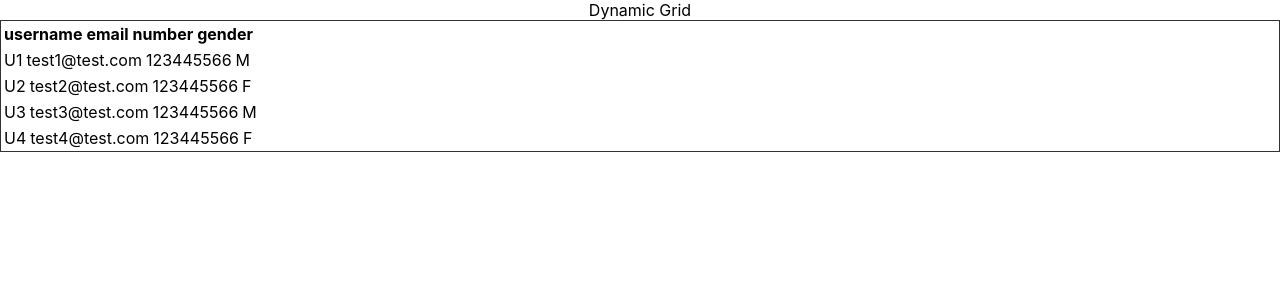
Repository: mayank-tavisca/dynamic-grids
Page: /
These files come from the project's save history. The page is drawn as it stood at one moment and after the next save; the edit follows.
The browser window is 1280 px wide. The pictures show the whole page.
The project was rebuilt for these pictures with package versions that can differ from the ones it lists, and the page was loaded fresh each time.

Above is the page before, as saved 2020-02-04 10:27:12.

After the next save:
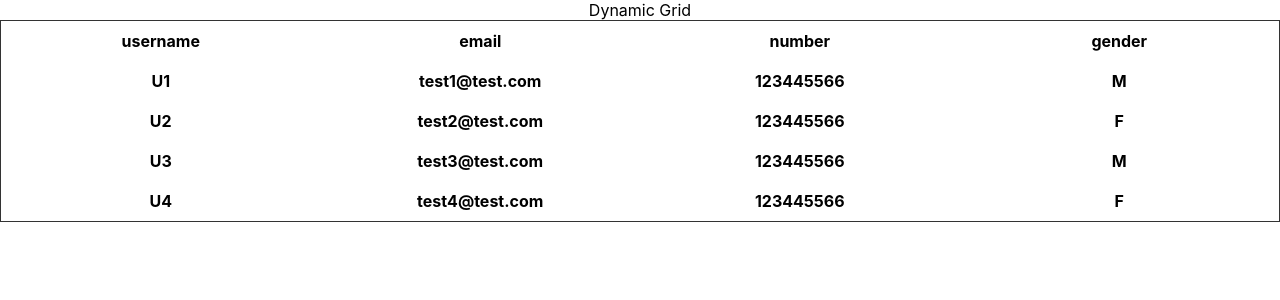
Saved 2 min 58 s later.
--- a/src/dynamic-grid/dynamicGrid.tsx
+++ b/src/dynamic-grid/dynamicGrid.tsx
@@ -54,30 +54,46 @@ const DynamicGrid: React.FC<IProps> = ({ data }) => {
   };
 
   const renderHeader = () => {
-    return tableConfig.headerData.map((item: any) => {
-      return <th>{item}</th>;
-    });
+    return (
+      <div className={Style.tableRow}>
+        {tableConfig.headerData.map((item: any) => {
+          return (
+            <span className={`${Style.tableCell} ${Style.tableHeader}`}>
+              {item}
+            </span>
+          );
+        })}
+      </div>
+    );
   };
 
   const renderRow = (data: any) => {
     return Object.keys(data).map(key => {
-      return <td>{data[key]}</td>;
+      return (
+        <span className={`${Style.tableCell} ${Style.tableHeader}`}>
+          {data[key]}
+        </span>
+      );
     });
   };
 
   const renderData = () => {
     return tableConfig.data.map((item: any) => {
-      return <tr>{renderRow(item)}</tr>;
+      return <div className={Style.tableRow}>{renderRow(item)}</div>;
     });
   };
 
   return (
     <div>
       Dynamic Grid
-      <table className={Style.table}>
+      {/* <table className={Style.table}>
         <thead>{renderHeader()}</thead>
         {renderData()}
-      </table>
+      </table> */}
+      <div className={Style.table}>
+        {renderHeader()}
+        {renderData()}
+      </div>
     </div>
   );
 };
